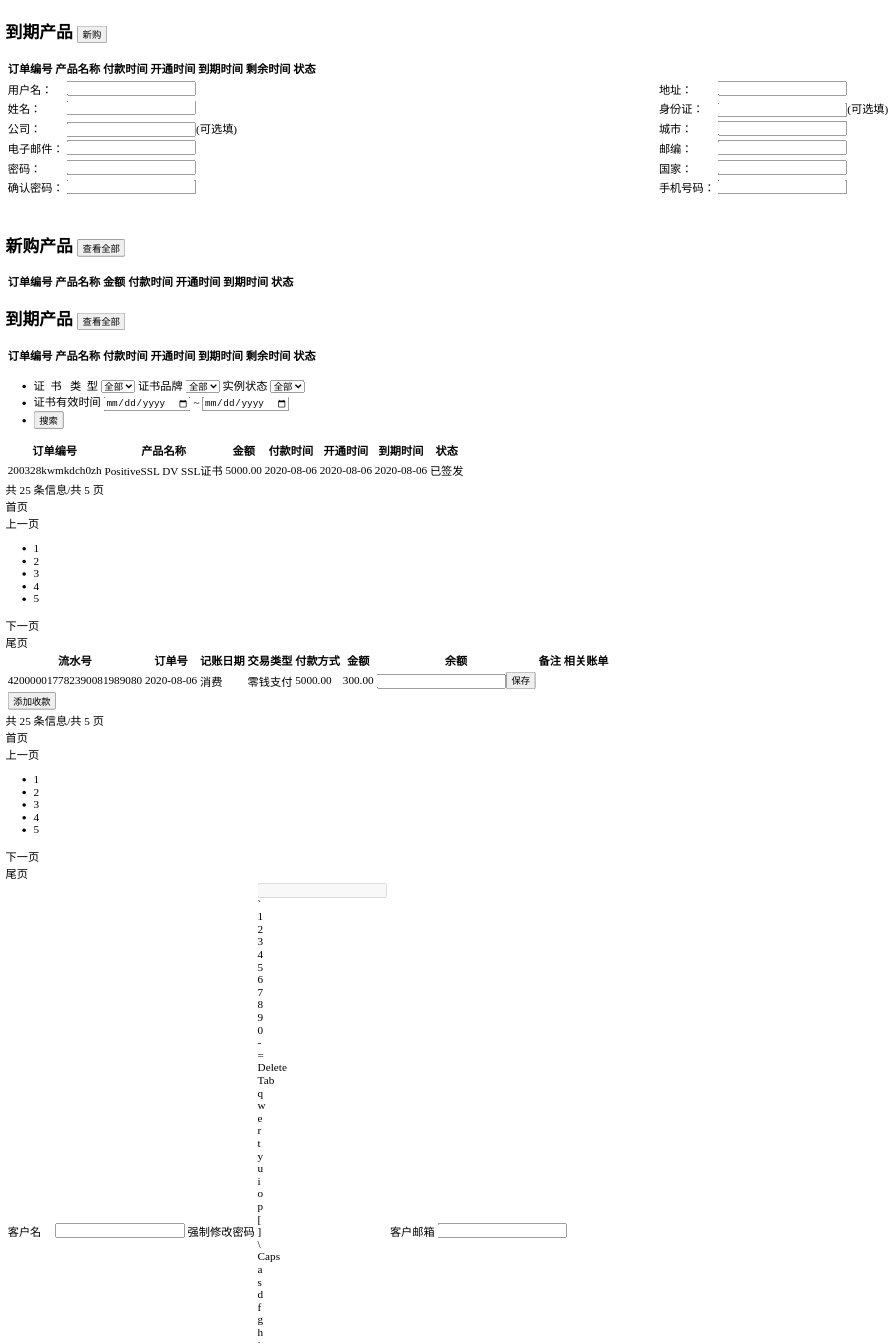
Repository: wangyan466393/racentSystem
Page: customerData.html
These files come from the project's save history. The page is drawn as it stood at one moment and after the next save; the edit follows.
The browser window is 1280 px wide. The pictures show the part of the page from y = 1111 to 3031 px (the page is 3482 px tall), at 70% of full size.

Above is the page before, as saved 2020-08-13 17:36:48.

After the next save:
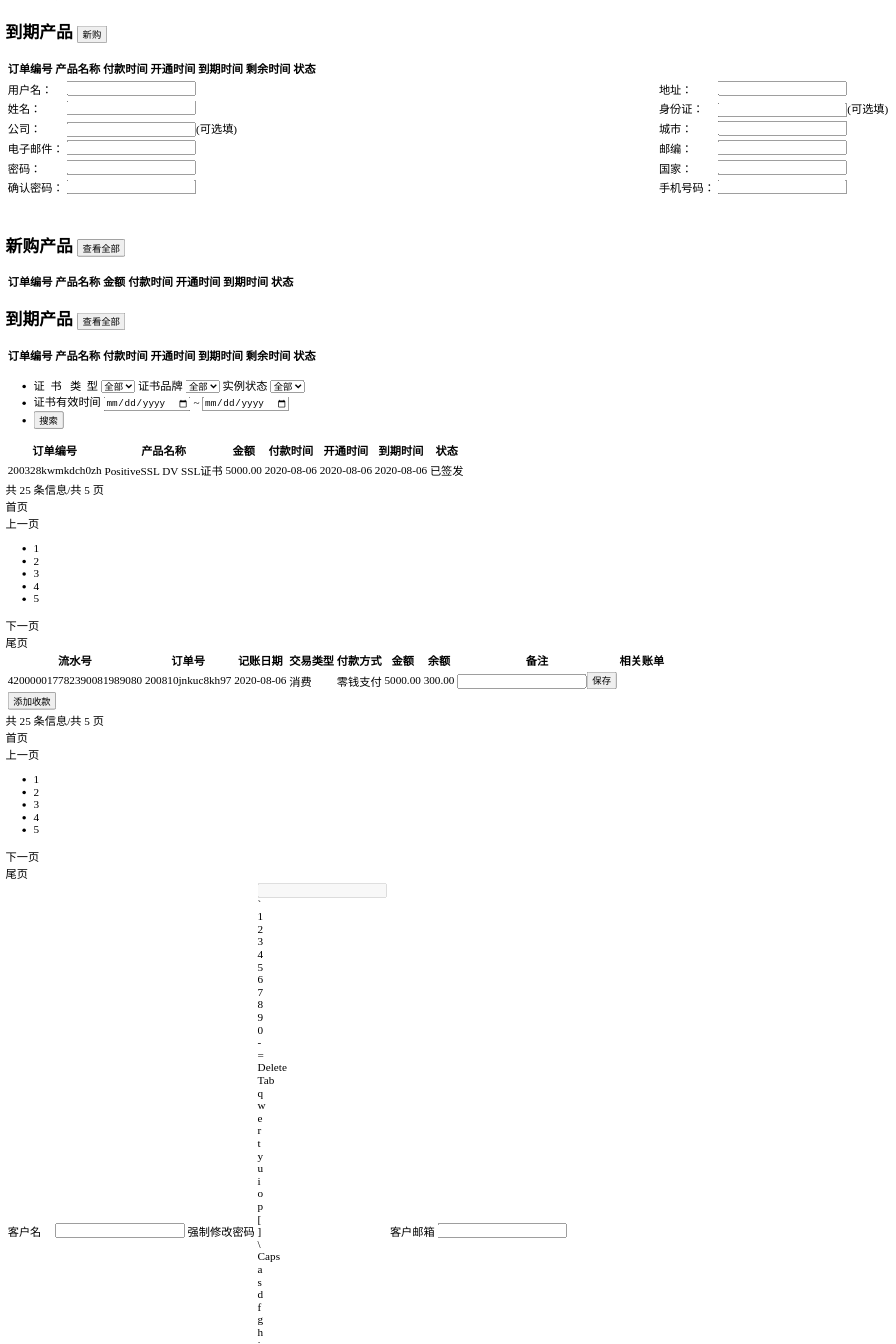
Saved 30 s later.
--- a/customerData.html
+++ b/customerData.html
@@ -387,6 +387,7 @@
                     <tbody>
                         <tr>
                             <td>420000017782390081989080</td>
+                            <td>200810jnkuc8kh97</td>
                             <td>2020-08-06</td>
                             <td>消费</td>
                             <td>零钱支付</td>
